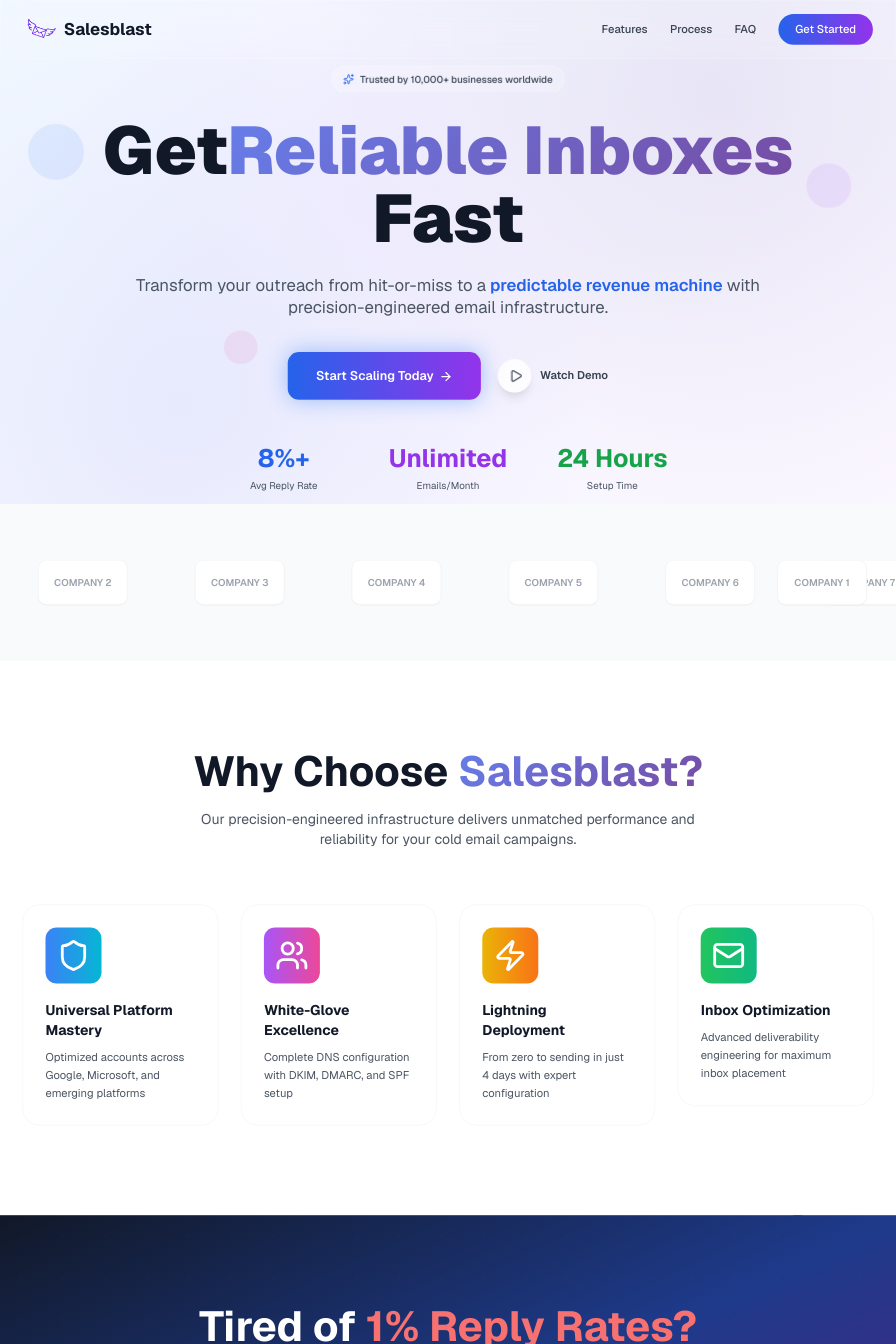
Repository: jomielcorpuz/Salesblast_india
Page: /
An editor plug-in stored every save of this project. The page is shown before and after the next save, followed by the edit.
The browser window is 1280 px wide. The pictures show the part of the page from y = 0 to 1920 px (the page is 5553 px tall), at 70% of full size.
The project was rebuilt for these pictures with package versions that can differ from the ones it lists, and the page was loaded fresh each time. Some packages were replaced by stand-ins written for this rebuild. The framework's server and built-in components were replaced by stand-ins that run in the browser. Also part of the build but not shown: next.config.ts.

Above is the page before, as saved 2025-07-03 22:47:53.

After the next save:
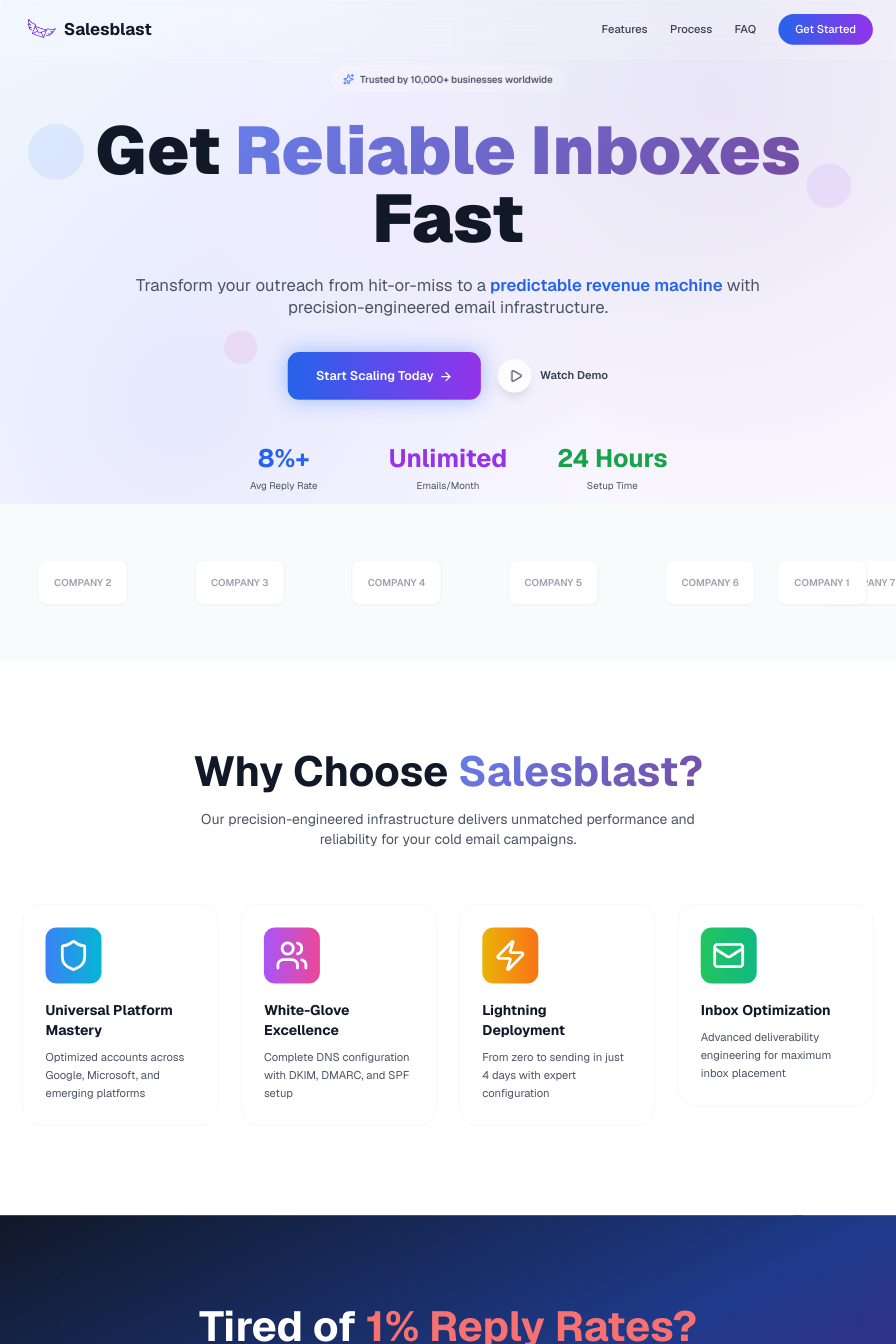
Saved 46 s later.
--- a/app/page.tsx
+++ b/app/page.tsx
@@ -278,7 +278,7 @@
           </div>
 
           <h1 className="text-6xl md:text-8xl font-black mb-8 leading-tight">
-            <span className="text-gray-900">Get</span>
+            <span className="text-gray-900">Get </span>
             <span className="text-gradient animate-gradient">
               Reliable Inboxes
             </span>
